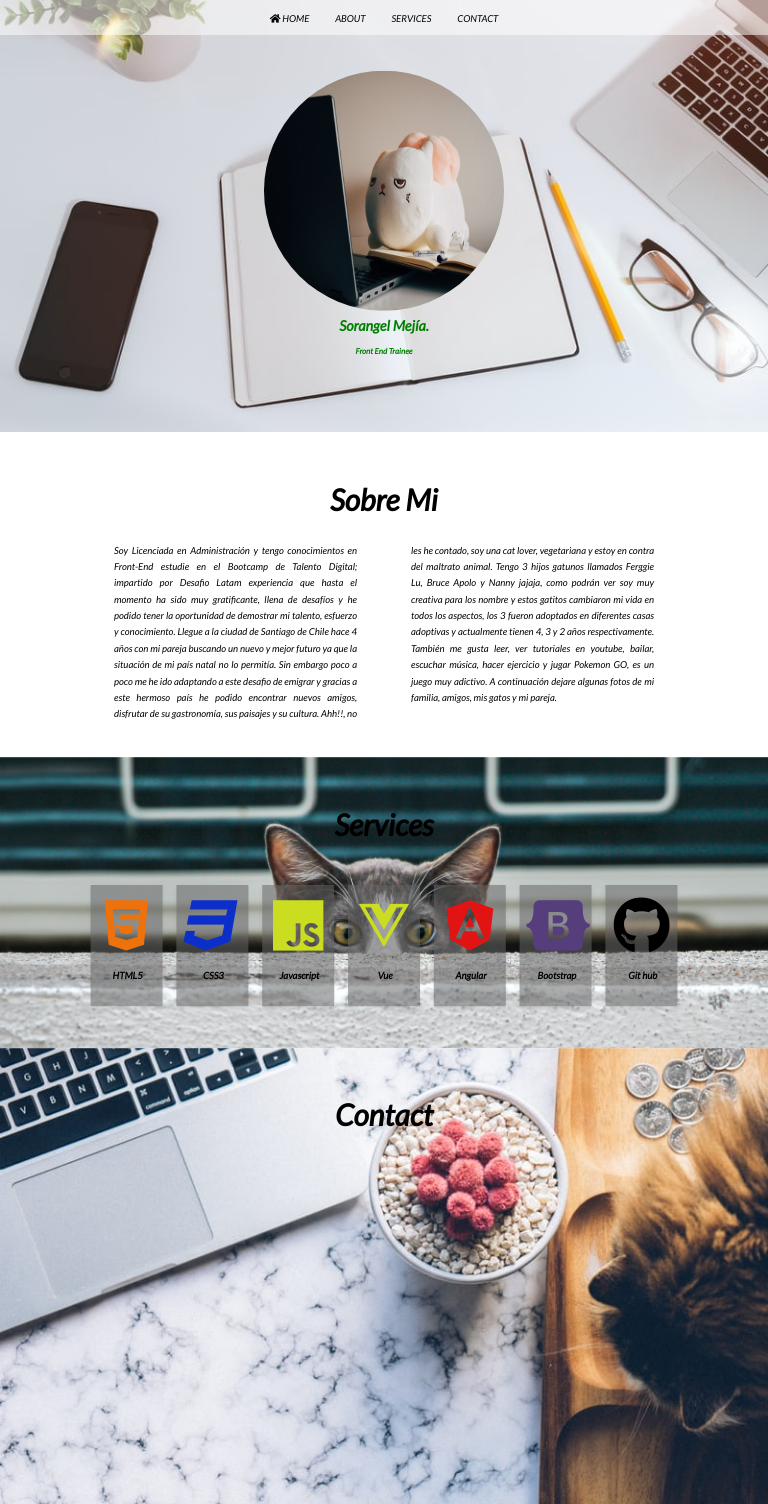
Repository: sory2311/portfolio-css
Page: index.html
These files come from the project's save history. The page is drawn as it stood at one moment and after the next save; the edit follows.
The browser window is 1280 px wide. The pictures show the whole page, at 60% of full size.
Backgrounds fixed to the window are drawn as part of the page. Some web libraries are served in a nearby version.

Above is the page before, as saved 2021-05-27 14:37:59.

### index.html
<!DOCTYPE html>
<html lang="en">
  <head>
    <meta charset="UTF-8" />
    <meta name="viewport" content="width=device-width, initial-scale=1.0" />
    <title>Document</title>
    <link
      rel="stylesheet"
      href="https://cdnjs.cloudflare.com/ajax/libs/font-awesome/5.14.0/css/all.min.css"
    />
    <link
      href="https://fonts.googleapis.com/css2?family=Lato:ital@1&display=swap"
      rel="stylesheet"
    />
    <link rel="stylesheet" href="./css/style.css" />
  </head>

  <body>
    <nav class="sidebar">
      <a href="#home" class="sidebar-item"><i class="fas fa-home"></i> Home</a>
      <a href="#about" class="sidebar-item">About</a>
      <a href="#services" class="sidebar-item">Services</a>
      <a href="#contact" class="sidebar-item">Contact</a>
      <a href="javscript:void(0)" class="close"><i class="fa fa-times"></i></a>
    </nav>
    <a href="javscript:void(0)" class="open"><i class="fa fa-bars"></i></a>

    <!--aqui comienza el home-->
    <header id="home">
      <img src="./img/avatar2.jpeg" alt="Mi foto" class="avatar" />
      <h2 class="header-name">Sorangel Mejía.</h2>
      <h5 class="header-title">Front End Trainee</h5>
    </header>

    <!--aqui comienza el acerca de:-->
    <section id="about">
      <div class="container">
        <h1 class="section-title">Sobre Mi</h1>
        <p class="about-content">
          Soy Licenciada en Administración y tengo conocimientos en Front-End
          estudie en el Bootcamp de Talento Digital; impartido por Desafio Latam
          experiencia que hasta el momento ha sido muy gratificante, llena de
          desafíos y he podido tener la oportunidad de demostrar mi
          talento, esfuerzo y conocimiento. Llegue a la ciudad de Santiago de Chile hace 4 años con mi pareja buscando un nuevo y mejor futuro
          ya que la situación de mi país natal no lo permitía. Sin embargo poco a poco me he ido adaptando a
          este desafio de emigrar y gracias a este hermoso país he podido encontrar nuevos amigos, disfrutar
          de su gastronomía, sus paisajes y su cultura.
          Ahh!!, no les he contado, soy una cat lover, vegetariana y estoy en contra del maltrato animal.
                    Tengo 3 hijos gatunos llamados Ferggie Lu, Bruce Apolo y Nanny jajaja, como podrán ver soy muy
                    creativa para los nombre y estos gatitos cambiaron mi vida en todos los aspectos, los 3
                    fueron
                    adoptados en diferentes casas adoptivas y actualmente tienen 4, 3 y 2 años respectivamente.
                    También me gusta leer, ver tutoriales en youtube, bailar, escuchar música, hacer
                    ejercicio y jugar Pokemon GO, es
                    un juego muy adictivo. A continuación dejare algunas fotos de mi familia, amigos, mis gatos y mi
                    pareja.
        </p>
      </div>
    </section>
    <!--aqui comienza el servicios-->
    <section id="services">
      <div class="container">
        <h1 class="section-title">Services</h1>
        <div class="card">
          <i class="fab fa-html5 fa-6x icon-html5"></i>
          <div class="container">
            <h4 class="title">HTML5</h4>
          </div>
        </div>
        <div class="card">
          <i class="fab fa-css3 fa-6x icon-css3"></i>
          <div class="container">
            <h4 class="title">CSS3</h4>
          </div>
        </div>
        <div class="card">
          <i class="fab fa-js fa-6x icon-js"></i>
          <div class="container">
            <h4 class="title">Javascript</h4>

          </div>
        </div>
        <div class="card">
                <i class="fab fa-vuejs fa-6x icon-vuejs"></i>
                <div class="container">
                  <h4 class="title">Vue</h4>
                </div>
              </div>
              <div class="card">
                <i class="fab fa-angular fa-6x icon-angular"></i>
                <div class="container">
                  <h4 class="title">Angular</h4>

                </div>
              </div>
              <div class="card">
                    <i class="fab fa-bootstrap fa-6x icon-bootstrap"></i>
                    <div class="container">
                      <h4 class="title">Bootstrap</h4>

                    </div>
                  </div>
                  <div class="card">
                        <i class="fab fa-github fa-6x icon-github"></i>
                        <div class="container">
                          <h4 class="title">Git hub</h4>

                        </div>
                      </div>
      </div>
    </section>

    <!--aqui comienza el contacto-->
    <section id="contact">
      <div class="container">
        <h1 class="section-title">Contact</h1>

      </div>
    </section>

    <script src="./js/main.js"></script>
  </body>
</html>

### css/style.css
body {
   margin: 0;
   font-family: 'Lato';
}
/* aqui comienza el SIDEBAR*/

.sidebar {
    background-color: #ffffff88;
    overflow: hidden;
    position: fixed;
    text-align: center;
    top: 0;
    width: 100%;
    z-index: 3;
}

.sidebar .sidebar-item {
    color: black;
    font-size: 1em;
    padding: 20px;
    margin: 0 auto;
    text-decoration: none;
    text-transform: uppercase;
    display: inline-block;
}

.sidebar .sidebar-item:hover {
    background-color: #cccccc;

}

.sidebar .close {
    color: black;
    display: none;
    font-size: 1em;
    padding: 10px;
    position: absolute;
    top: 0;
    right: 30px;

}
.sidebar .close:hover {
    color: #3e34cc;
}

.open {
    color: #3e34cc;
    display: none;
    font-size: 1em;
    position: absolute;
    right: 12%;
    padding: 10px;
    top: 0;
    z-index: 2;
}
/* aqui TERMINA el SIDEBAR*/

/* aqui COMIENZA el HOME*/

#home {
    width: 100%;
    height: 100vh;
    display: flex;
    flex-direction: column;
    justify-content: center;
    align-items: center;
    background-attachment: fixed;
    background-image: url(../img/fondo/fondo4.jpeg);
    background-position: center center;
    background-size: cover;
}

#home .avatar {
    border-radius: 200px;
    width:400px;
    height:400px;



}
#home .header-name, #home .header-title{
text-align: center;
margin: 10px;
color: green;
}

/* aqui Termina el HOME*/


/* ---------  aqui COMIENZA el ABOUT*/

#about {
    width: 100%;

}

#about .container {
    width: 100%;
    max-width: 1200px;
    margin: 0 auto;
    padding-top: 40px;
    padding-bottom: 40px;
}

#about .container .about-content{
    text-align: justify;
    column-count: 2;
    column-gap: 10%;
    margin: 20px auto;
    line-height: 1.7em;
    width: 75%;
}
/* ------------  aqui Termina el ABOUT    */


 /* LA SESION TITLE SE REFERIERE A TODOS NUESTROS H1*/
 .section-title {
     font-size: 50px;
     color: black;
     text-align: center;
 }
 /* LA SESION TITLE SE REFERIERE A TODOS NUESTROS H1*/


/* ------------  aqui COMIENZA el SERVICES   */

 #services {
     width: 100%;
     background-attachment: scroll;
     background-position: center center;
     background-size: cover;
     background-image: url(../img/fondo/fondo1.jpeg);
 }

 #services .container{
    width: 100%;
    max-width: 1200px;
    margin: 0 auto;
    text-align: center;
    padding-top: 40px;
    padding-bottom: 40px;
 }

 #services .container .card{
     background-color: #66666688;
     box-shadow: 0 4px 8px 0 #00000011;
     display: inline-block;
     margin: 30px 10px;
     padding: 20px 10px;
     width: 100px;
     text-align: center;
 }

 #services .container .card .container{
     padding: 2px;
     text-align: center;
 }

 #services .container .card .container h4,
 #services .container .card .container p {
    text-align: center;
    display: block;
 }

 #services .container .card .icon-html5 {
color: rgb(238, 114, 12)
 }

 #services .container .card .icon-css3 {
     color: rgb(13, 47, 201)
}
#services .container .card .icon-js {
    color: rgb(202, 221, 32 )
}

#services .container .card .icon-vuejs {
    color: rgb(202, 221, 32 )
}

#services .container .card .icon-bootstrap {
    color: #563d7c;
}
#services .container .card .icon-angular {
    color: #e21313;
}
/* ------------  aqui COMIENZA el CONTACTOS   */
#contact {
    width: 100%;
    height: auto;
    text-align: center;
    background-attachment: fixed;
    background-image: url(../img/fondo/fondo7.jpeg);
    background-position: center center;
    background-size: cover;
}

#contact .container {
    width: 100%;
    height: 100vh;
    padding-top: 40px;
    /*background-color: #ffffffdd;*/
    text-align: center;
}

/*#contact .container .section-title {
    color: #ffffff;
}*/

#contact .container form{
    width: 600px;
    margin:  0 auto;
    text-align: center;
}

#contact .container form .form-input{
    background-color: #ffffff44;
    border: 0;
    border-bottom: 1px solid #ffffff;
    border-radius: 10px;
    color: #000000;
    display: block;
    margin: 10px;
    padding: 10px;
    width: 100%;
}
 .button{
     border: 3px solid #3e34cc;
     border-radius: 10px;
     display: block;
     background-color: #087966;
     padding: 20px;
     margin: 0 10px;
     width: 620px;
     color: #3e34cc88;
     text-transform: uppercase;
     font-size: .8em;
 }

.button:hover{
    background-color: #fff8;
    color: #000000;
}

/*PARA TRABAJAR CON MEDIA QUERIES*/

@media only screen and (min-width: 375px) and (max-width: 410px) {
    #home .avatar {
        width: 50%;
    }

    #about .container .about-content {
        text-align: justify;
        column-count: 1;
        margin: 20px auto;
        line-height: 1.7em;
        width: 75%;
    }
    #contact .container form {
        width: 75%;
        margin: 0 auto;
        text-align: center;
    }

    #contact .container form .form-input {
        background-color: #ffffff44;
        border: 0;
        border-bottom: 1px solid #fff;
        border-radius: 10px;
        color: #000;
        display: block;
        margin: 10px;
        padding: 10px;
        width: 100%;
    }

    #contact .container form .form-button {
        border: 3px solid #3e34cc88;
        border-radius: 10px;
        display: block;
        background-color: #000;
        padding: 20px;
        margin: 0 10px;
        width: 100%;
        color: #3e34cc88;
        text-transform: uppercase;
        font-size: .8em;
    }
}

@media only screen and (min-width: 411px) and (max-width: 767px) {
    .sidebar {
        background-color: #3e34cc;
        height: 100%;
        padding-top: 40px;
        position: fixed;
        overflow-x: hidden;
        text-align: center;
        top: 0;
        transition: .5s;
        width: 0;
        z-index: 3;
    }

    .sidebar .sidebar-item {
        padding: 10px 0;
        margin: 0 auto;
        text-decoration: none;
        color: #fff;
        font-size: .8em;
        text-transform: uppercase;
        display: block;
        transition: .5s;
    }

    .sidebar .close {
        display: block;
        z-index: 3;
    }

    .open {
        display: block;
        font-size: 1em;
        z-index: 2;
    }

    #home .avatar {
        width: 75%;
    }

    #about .container .about-content {
        text-align: justify;
        column-count: 1;
        margin: 20px auto;
        line-height: 1.7em;
        width: 75%;
    }



}

@media only screen and (min-width: 768px) and (max-width: 1024px) {

    .sidebar {
        background-color: #3e34cc;
        height: 100%;
        padding-top: 40px;
        position: fixed;
        overflow-x: hidden;
        text-align: center;
        top: 0;
        transition: .5s;
        width: 0;
        z-index: 3;
    }

    .sidebar .sidebar-item {
        padding: 10px 0;
        margin: 0 auto;
        text-decoration: none;
        color: #fff;
        font-size: .8em;
        text-transform: uppercase;
        display: block;
        transition: .5s;
    }

    .sidebar .close {
        display: block;
        z-index: 3;
    }

    .open {
        position: fixed;
        display: block;
        font-size: 1em;
        z-index: 2;
    }

    #home .avatar {
        width: 300px;
    }
}

Loaded but not shown: js/main.js (no copy from this time; the picture is the same without it)

After the next save:
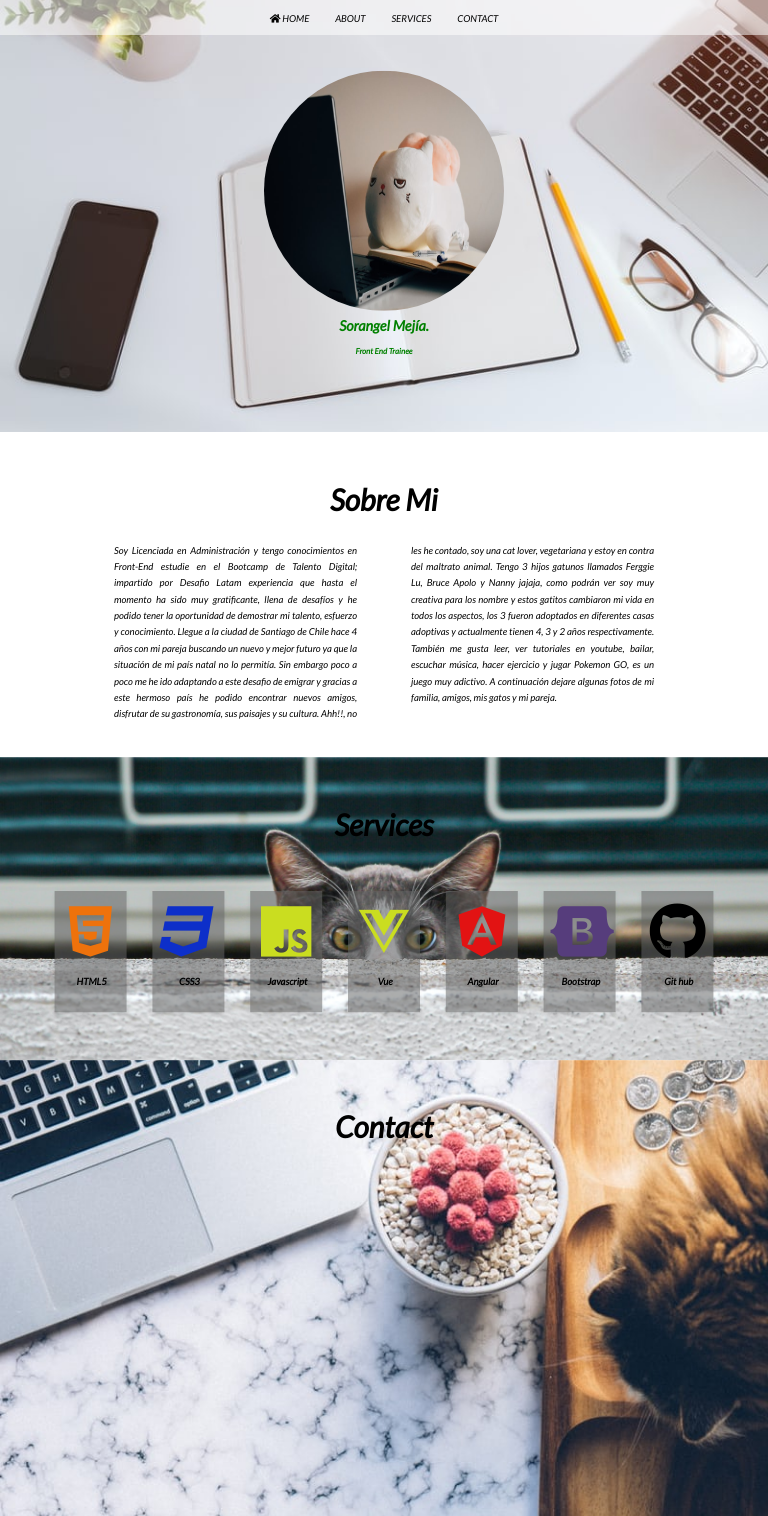
Saved 50 s later.
--- a/css/style.css
+++ b/css/style.css
@@ -145,7 +145,7 @@
      background-color: #66666688;
      box-shadow: 0 4px 8px 0 #00000011;
      display: inline-block;
-     margin: 30px 10px;
+     margin: 40px 20px;
      padding: 20px 10px;
      width: 100px;
      text-align: center;
